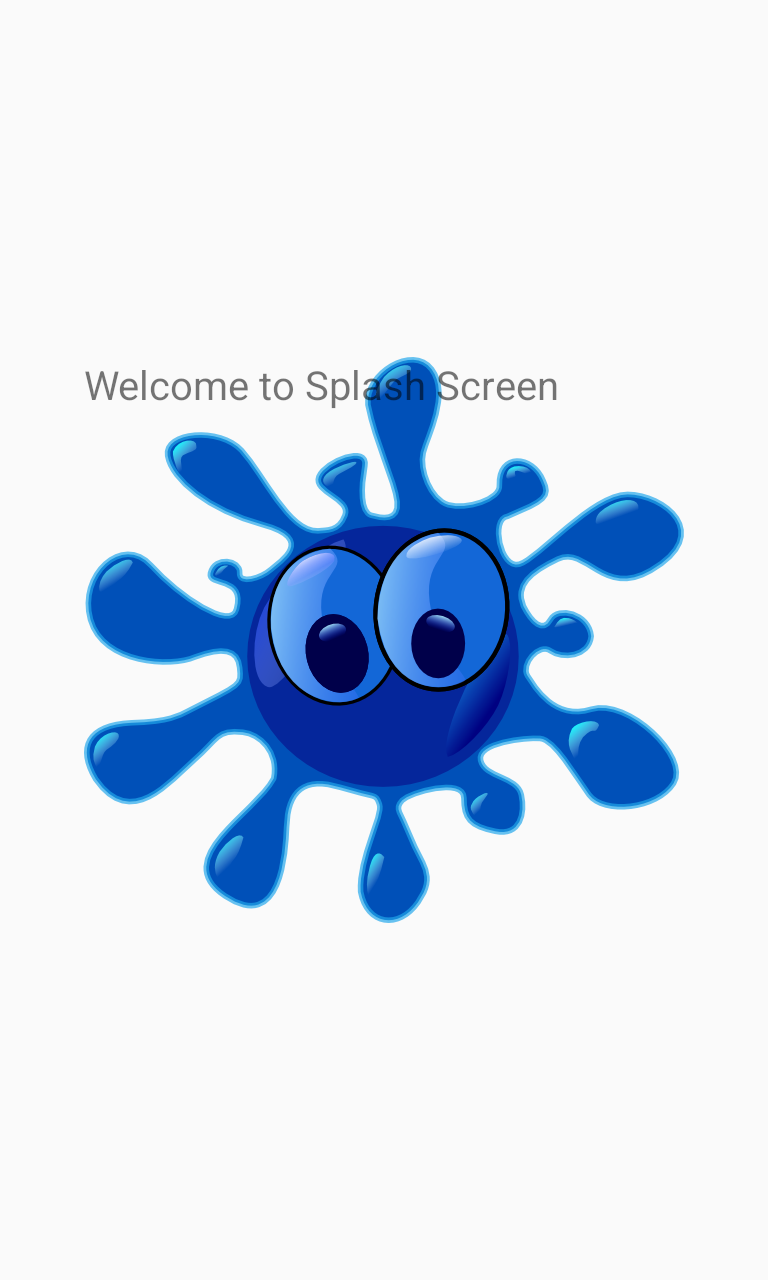
Repository: AlvaroCortez/Assigment1
Layout: SplashScreen/res/layout/activity_main.xml
The author's editor kept a copy of each file at every save. The layout is drawn from the files as they stood at one save, then again after the next save.
It is drawn on a 768 x 1280 px phone screen (xhdpi) without system bars, with theme AppTheme; the app's code is not run.

Above is the layout before, as saved 2014-04-27 17:22:12.

After the next save:
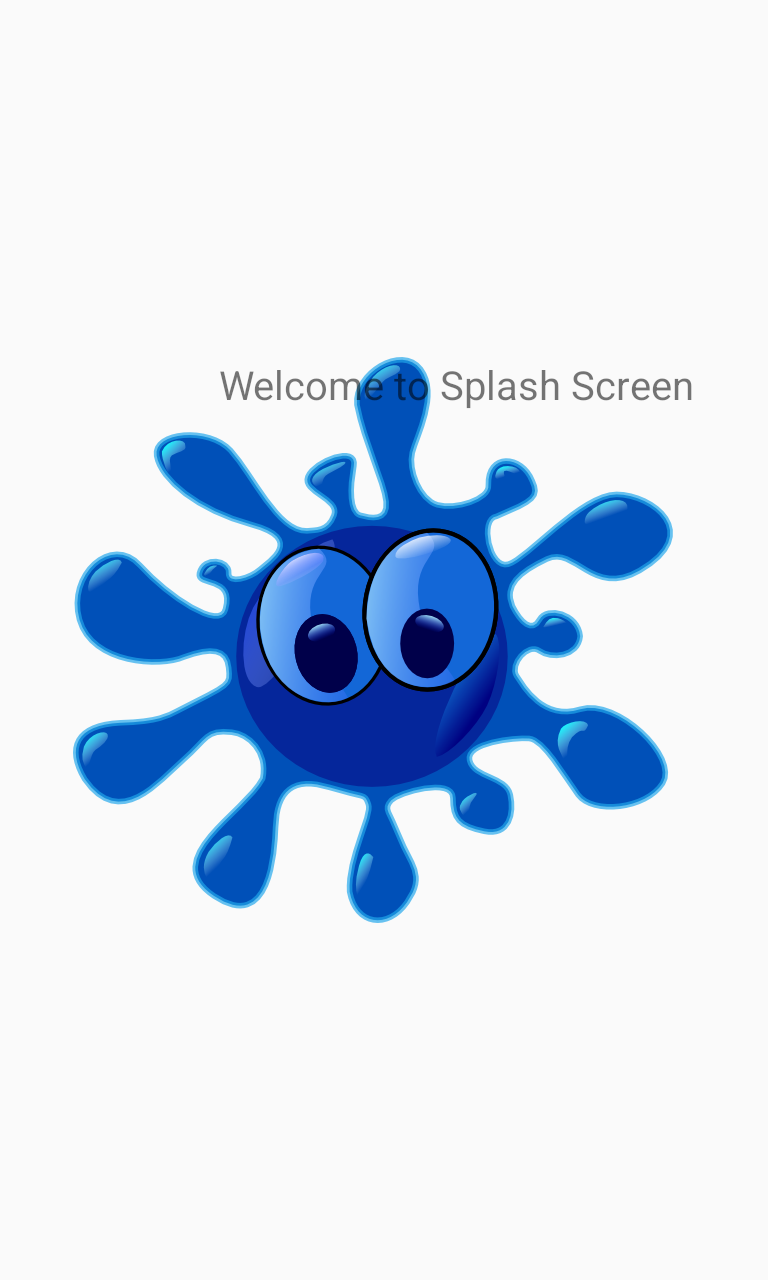
Saved 62 s later.
--- a/SplashScreen/res/layout/activity_main.xml
+++ b/SplashScreen/res/layout/activity_main.xml
@@ -16,7 +16,8 @@
         android:layout_width="wrap_content"
         android:layout_height="wrap_content"
         android:text="@string/splash_message"
-        android:textSize="20sp"/>
+        android:textSize="20sp"
+        android:layout_centerHorizontal="true"/>
 
 
 </RelativeLayout>
